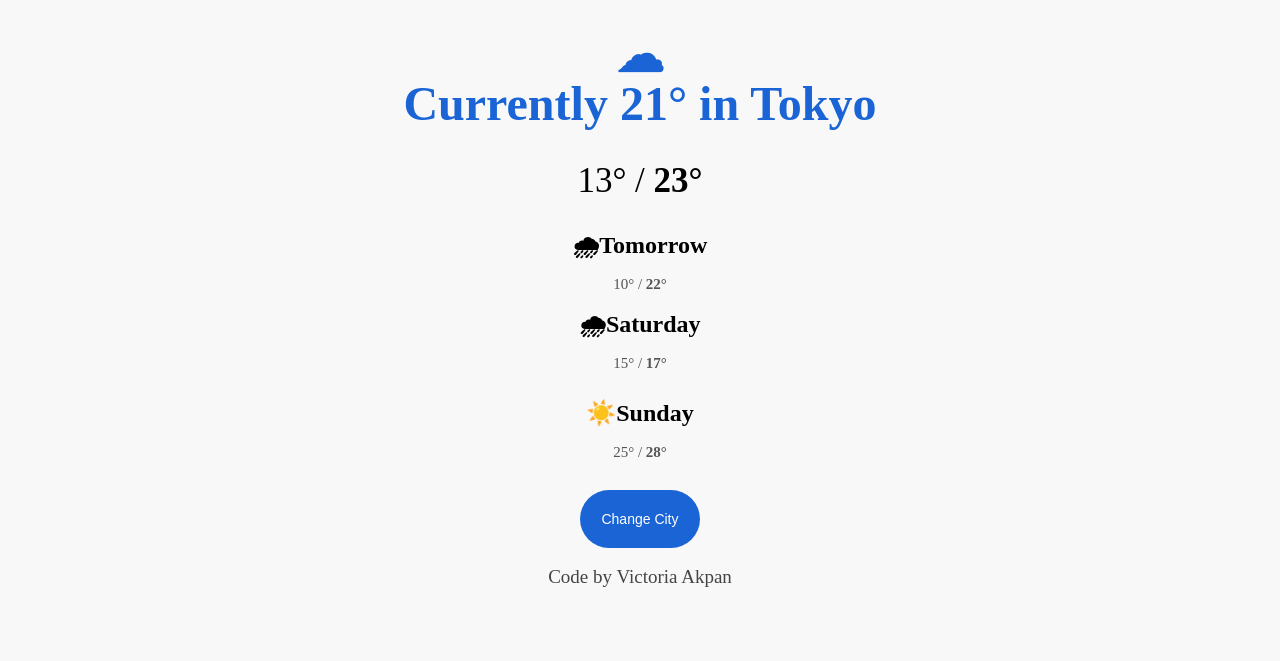
Repository: VickyJacob23/SheCode
Page: firstCode/weatherAppHomeWork.html
The author's editor kept a copy of each file at every save. The page is drawn from the files as they stood at one save, then again after the next save.
The browser window is 1280 px wide. The pictures show the whole page.
The pointer rests on the first visible `.days`.

Above is the page before, as saved 2024-08-27 14:17:01.

### firstCode/weatherAppHomeWork.html
<!DOCTYPE html>
<html lang="en">
  <head>
    <meta charset="UTF-8" />
    <meta name="viewport" content="width=device-width, initial-scale=1.0" />
    <title>Demo WeatherAPP</title>

    <style>
      body {
        background-color: #f8f8f8;
      }
      h1 {
        color: #1a64d6;
        font-size: 48px;
        font-weight: 700;
      }

      .days:hover{
        background-color: #f8dfdf;
        cursor: pointer;
        transition: all 0.3s ease-in-out;
        border-radius: 10px;
        display: inline;
      }
      span{
        font-weight: 700;
      }
      button {
        background-color: #1a64d6;
        color: #fff;
        font-size: 14px;
        font-weight: 500;
        border: none;
        outline: none;
        padding: 1.5em;
        border-radius: 30px;
        transition: all 500ms ease-in-out;
      }
      button:hover {
        background-color: #fff;
        color: #1a64d6;
        border: 1px solid #1a64d6;
        cursor: pointer;
      }
      .container {
        margin: auto;
        text-align: center;
        line-height:1;
        }
      .days {
        margin-bottom: 30px;
      }

      .gray{
        font-size: 15px;
        color:#555353
      }

      #bold {
        font-size: 35px;
      }
      #author {
        font-size: 19px;
        color: #464444;
      }
    </style>
  </head>
  <body>
    <div class="container">
      <h1><div>☁ </div> Currently 21° in Tokyo</h1>
      <p id="bold">13° / <span>23°</span></p>

      <div class="days">
        <h2>🌧Tomorrow</h2>
        <p class="gray">10° / <span>22°</span></p>
      </div>

      <div class="days">
        <h2>🌧Saturday</h2>
        <p class="gray">15° / <span>17°</span></p>
      </div>

      <div class="days">
        <h2> ☀️Sunday</h2>
        <p class="gray">25° / <span>28°</span></p>
      </div>

       <button class="btn">Change City</button>

      <p id="author">Code by Victoria Akpan</p>
    </div>

    <script src="script.js"></script>
  </body>
</html>

### firstCode/script.js
'use strict'

const btn = document.querySelector('.btn')



btn.addEventListener('click', function () {
    let city = prompt('Enter your City')
    return city = alert(`${city} is cold`)
})

After the next save:
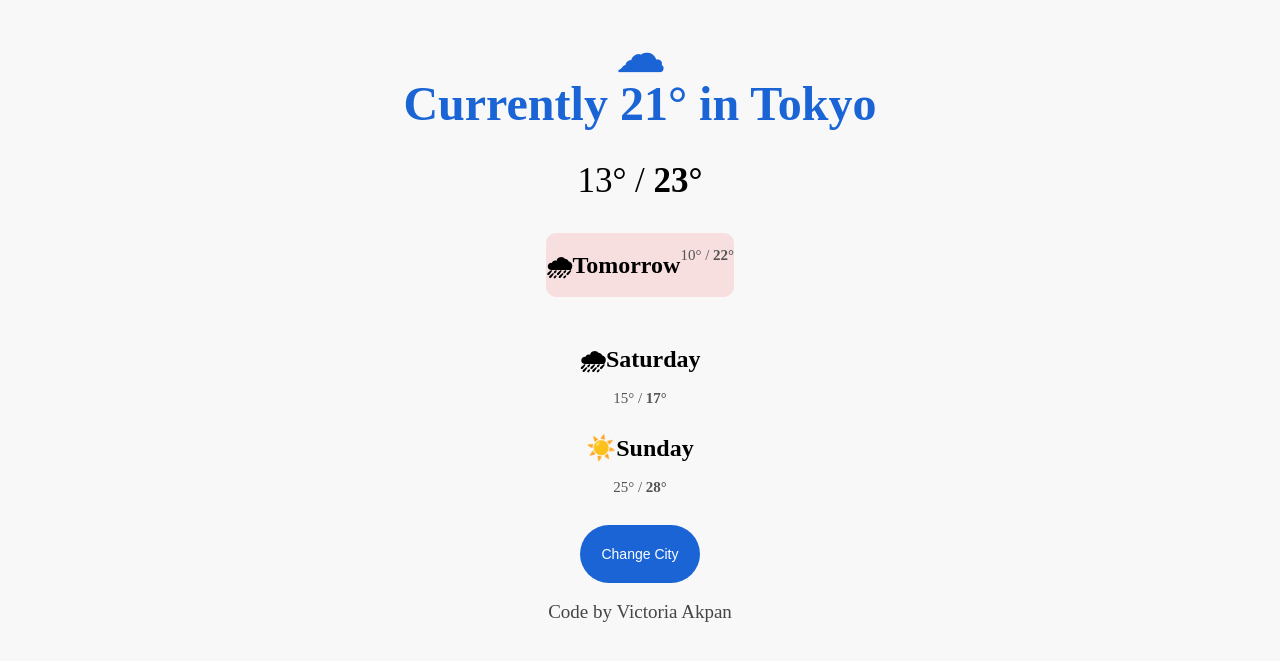
Saved 56 s later.
--- a/firstCode/weatherAppHomeWork.html
+++ b/firstCode/weatherAppHomeWork.html
@@ -20,7 +20,7 @@
         cursor: pointer;
         transition: all 0.3s ease-in-out;
         border-radius: 10px;
-        display: inline;
+        display: inline-flex;
       }
       span{
         font-weight: 700;
